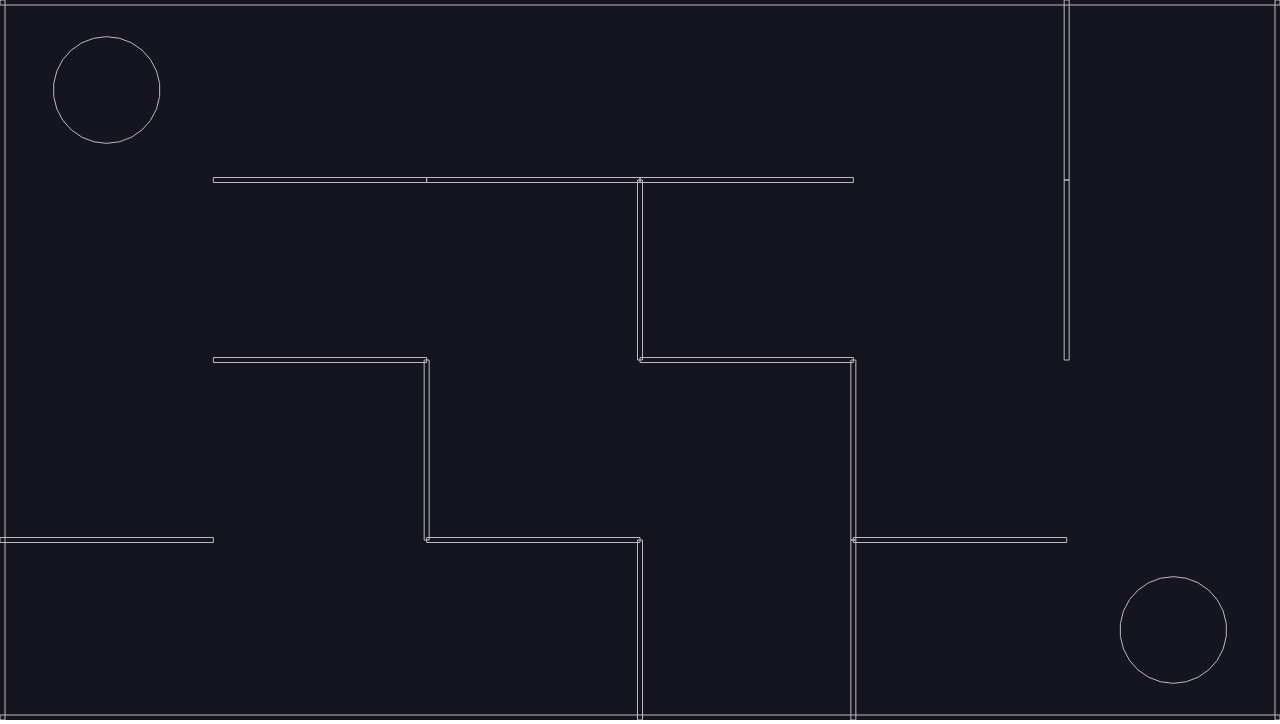
Repository: Sbethm/maze-runner
Page: index.html
The author's editor kept a copy of each file at every save. The page is drawn from the files as they stood at one save, then again after a run of saves.
The browser window is 1280 px wide. The pictures show the whole page.
Some web libraries are served in a nearby version.

Above is the page before, as saved 2021-10-08 15:37:56.

### index.html
<!DOCTYPE html>
<html lang="en">
<head>
    <meta charset="UTF-8">
    <meta http-equiv="X-UA-Compatible" content="IE=edge">
    <meta name="viewport" content="width=device-width, initial-scale=1.0">
    <link rel="stylesheet" href="style.css">
    <script src="https://cdnjs.cloudflare.com/ajax/libs/matter-js/0.17.1/matter.min.js"></script>
    <title>Maze Runner</title>
</head>
<body>

    <script src="app.js"></script>
</body>
</html>

### app.js

// //====== Building Canvas
// const { Engine, World, Runner, Render, Bodies, MouseConstraint, Mouse} = Matter;

// const width = 800;
// const height = 600;

// const engine = Engine.create();
// const {world} = engine;
// const render = Render.create({
//     element: document.body,
//     engine: engine,
//     options: {
//         // wireframes: false,
//         width,
//         height
//     }
// });
// Render.run(render);
// Runner.run(Runner.create(), engine);

// World.add(world, MouseConstraint.create(engine, {
//     mouse: Mouse.create(render.canvas)
// }));

// //====== Random Shapes in Canvas
// for(let i = 0; i < 20; i++) {
//     if(Math.random() > 0.5) {
//         World.add(world, Bodies.rectangle(Math.random() * width, Math.random() * height, 50, 50));
//     } else {
//         World.add(world, Bodies.circle(Math.random() * width, Math.random() * height, 30, {
//             render: {
//                 fillStyle: 'yellow'
//             }
//         }));
//     }
// }

// //====== Walls of Canvas
// const walls = [
//     Bodies.rectangle(400, 0, 800, 50, {isStatic: true}),
//     Bodies.rectangle(800, 300, 50, 600, {isStatic: true}),
//     Bodies.rectangle(400, 600, 800, 50, {isStatic: true}),
//     Bodies.rectangle(0, 300, 50, 600, {isStatic: true})
// ];

// World.add(world, walls);



//====== Building Canvas
const { Engine, World, Runner, Render, Bodies, Body, Events} = Matter;

//====== Config Variables
const cellsHorizontal = 6;
const cellsVertical = 4;
const width = window.innerWidth;
const height = window.innerHeight;
const wallsThickness = 5;
const boarderThickness = 10;
const unitLengthX = width / cellsHorizontal;
const unitLengthY = height / cellsVertical;
const goalRadius = unitLengthX / 4;

const engine = Engine.create();
    //Turn off gravity
    engine.world.gravity.y = 0;
const {world} = engine;
const render = Render.create({
    element: document.body,
    engine: engine,
    options: {
        width,
        height
    }
});
Render.run(render);
Runner.run(Runner.create(), engine);

//====== Walls of Canvas
const walls = [
    Bodies.rectangle(width / 2, 0, width, boarderThickness, {isStatic: true}),
    Bodies.rectangle(width, height / 2, boarderThickness, height, {isStatic: true}),
    Bodies.rectangle(width / 2, height, width, boarderThickness, {isStatic: true}),
    Bodies.rectangle(0, height / 2, boarderThickness, height, {isStatic: true})
];

World.add(world, walls);

//====== Maze Generation
const shuffle = (arr) => {
    let counter = arr.length;

    while(counter > 0) {
        const index = Math.floor(Math.random() * counter);
        counter--;
        const temp = arr[counter];
        arr[counter] = arr[index];
        arr[index] = temp;
    }

    return arr;
}

const grid = Array(cellsHorizontal).fill(null).map(()=> Array(cellsVertical).fill(false));
const verticals = Array(cellsVertical).fill(null).map(()=> Array(cellsHorizontal - 1).fill(false));
const horizontals = Array(cellsVertical - 1).fill(null).map(()=> Array(cellsHorizontal).fill(false));

startRow = Math.floor(Math.random() * cellsVertical);
startColumn  = Math.floor(Math.random() * cellsHorizontal);

const iteratingMazeWalls = (row, column) => {
    //If have visited cell before, return
    if(grid[row][column]) {
        return;
    }
    //Mark cell as true for having visited
    grid[row][column] = true;
    //Assembly random list of neighboring cells
    const neighbors = shuffle([
        [row - 1, column, 'up'],
        [row, column + 1, 'right'],
        [row, column - 1, 'left'],
        [row + 1, column, 'down']
    ]);

    //For each neighbor...
    for(neighbor of neighbors) {
        const [nextRow, nextColumn, direction] = neighbor;
    //See if that neighbor is out of bounds
        if(nextRow < 0 || nextRow >= cellsVertical || nextColumn < 0 || nextColumn >= cellsHorizontal) {
            continue;
        }
    //if we have visited that neighbor, continue to next neighbor
        if(grid[nextRow][nextColumn]) {
            continue;
        }
    //remove wall from either horizontals or verticals
        if(direction === 'right') {
            verticals[row][column] = true;
        } else if (direction === 'left') {
            verticals[row][column - 1] = true;
        } else if (direction === 'up') {
            horizontals[row - 1][column] = true;
        } else {
            horizontals[row][column] = true;
        }
        iteratingMazeWalls(nextRow, nextColumn);
    }
}

iteratingMazeWalls(startRow, startColumn);

console.log(grid);
console.log(verticals);
console.log(horizontals);

horizontals.forEach((row, rowIndex) => {
    row.forEach((open, colIndex) => {
        if (open){
            return;
        }

        const wall = Bodies.rectangle(colIndex * unitLengthX + unitLengthX / 2, rowIndex * unitLengthY + unitLengthY, unitLengthX, wallsThickness,
            {
                label: 'wall',
                isStatic: true
            });
        World.add(world, wall);
    });
});

verticals.forEach((row, rowIndex) => {
    row.forEach((open, colIndex) => {
        if (open){
            return;
        }
        const wall = Bodies.rectangle(colIndex * unitLengthX + unitLengthX, rowIndex * unitLengthY + unitLengthY / 2, wallsThickness, unitLengthY,
            {
                label: 'wall',
                isStatic: true
            });
        World.add(world, wall);
    });
});

//====== Goal & Player Piece
const radius = Math.min(unitLengthX, unitLengthY) / 4;
const goal =Bodies.circle(width - unitLengthX / 2, height - unitLengthY / 2, goalRadius,
    {
        label: 'goal',
        isStatic: true
    });
const playerPiece =Bodies.circle(unitLengthX / 2, unitLengthY / 2, goalRadius,
    {
        label: 'player'
    });

World.add(world, goal);
World.add(world, playerPiece);

//====== Player Controls
document.addEventListener('keydown', event => {
    const { x, y } = playerPiece.velocity;
    if(event.keyCode === 87) {
        Body.setVelocity(playerPiece, { x, y: y - 5 });
    }
    if(event.keyCode === 68) {
        Body.setVelocity(playerPiece, { x: x + 5, y });
    }
    if(event.keyCode === 83) {
        Body.setVelocity(playerPiece, { x, y: y + 5 });
    }
    if(event.keyCode === 65) {
        Body.setVelocity(playerPiece, { x: x - 5, y });
    }
})

//====== Win Condition
Events.on(engine, 'collisionStart', event => {
    event.pairs.forEach((collision) => {
        const label = ['goal', 'player'];
        if( label.includes(collision.bodyA.label) && label.includes(collision.bodyB.label)) {
            world.gravity.y = 1;
            world.bodies.forEach((body) => {
                if(body.label === 'wall') {
                    Body.setStatic(body, false);
                }
            })


        }
    });
});

//======

Loaded but not shown: style.css (common file)

After the next 2 saves:
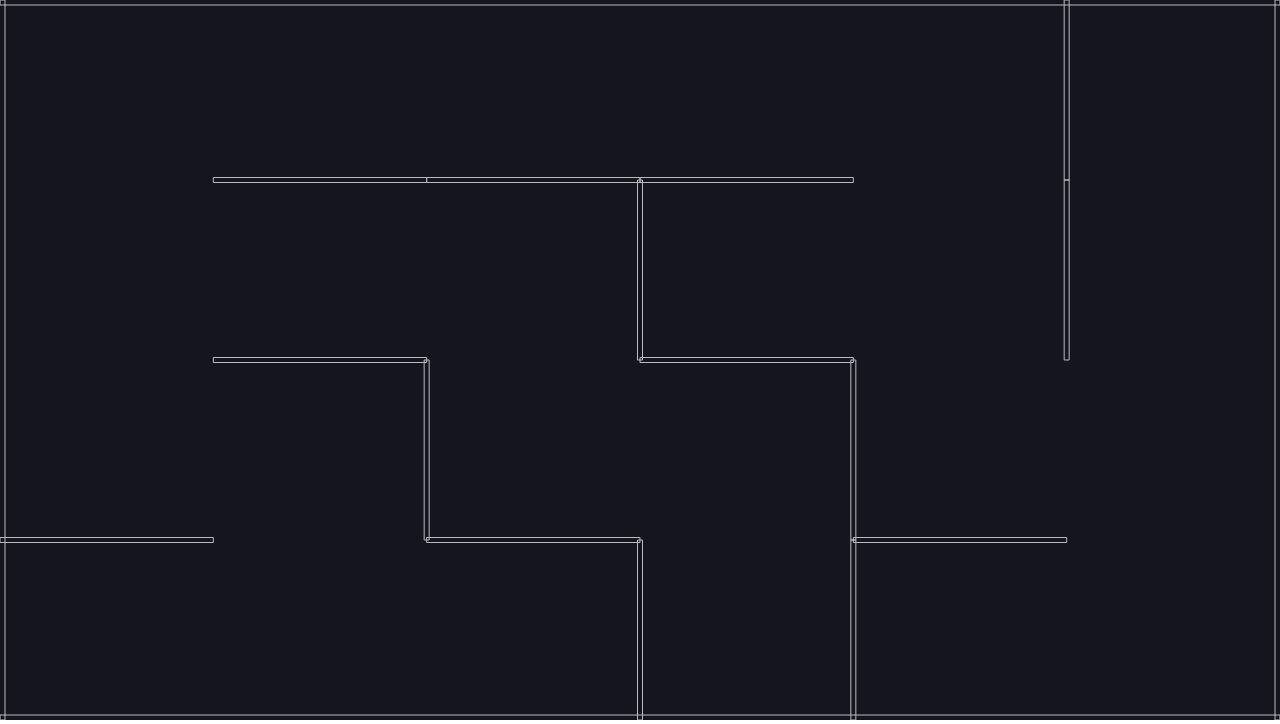
Console error: ReferenceError: goalRradiusadius is not defined
The 2 saves are shown as one change because they came seconds apart.
The last was saved 8 s later.
--- a/app.js
+++ b/app.js
@@ -186,12 +186,12 @@ verticals.forEach((row, rowIndex) => {
 
 //====== Goal & Player Piece
 const radius = Math.min(unitLengthX, unitLengthY) / 4;
-const goal =Bodies.circle(width - unitLengthX / 2, height - unitLengthY / 2, goalRadius,
+const goal =Bodies.circle(width - unitLengthX / 2, height - unitLengthY / 2, goalRradiusadius,
     {
         label: 'goal',
         isStatic: true
     });
-const playerPiece =Bodies.circle(unitLengthX / 2, unitLengthY / 2, goalRadius,
+const playerPiece =Bodies.circle(unitLengthX / 2, unitLengthY / 2, radius,
     {
         label: 'player'
     });
